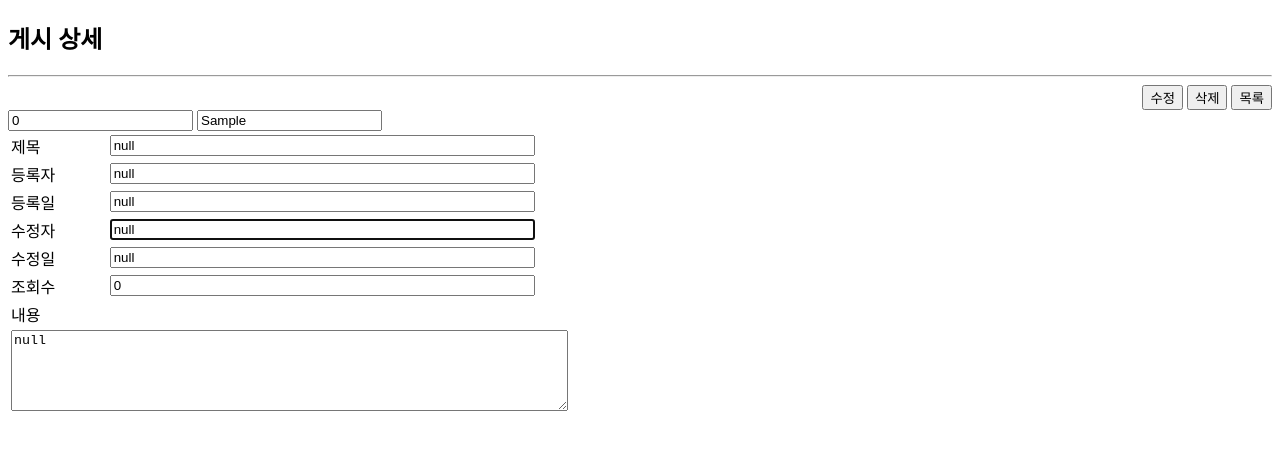
Repository: dongseon-git/WEB_JSP
Page: http://localhost/studyhtml5/board/board_mod.jsp
An editor plug-in stored every save of this project. The page is shown before and after the next save, followed by the edit.
The browser window is 1280 px wide. The pictures show the whole page.
Empty fields were first filled with sample values (such as "Sample", 5 or name@example.com).
After loading, the first visible `#doUpdate` was clicked once.
The page is served by Tomcat 9. Nobody is signed in. The application's start-up code is not run.

Above is the page before, as saved 2022-05-19 02:42:15.

After the next save:
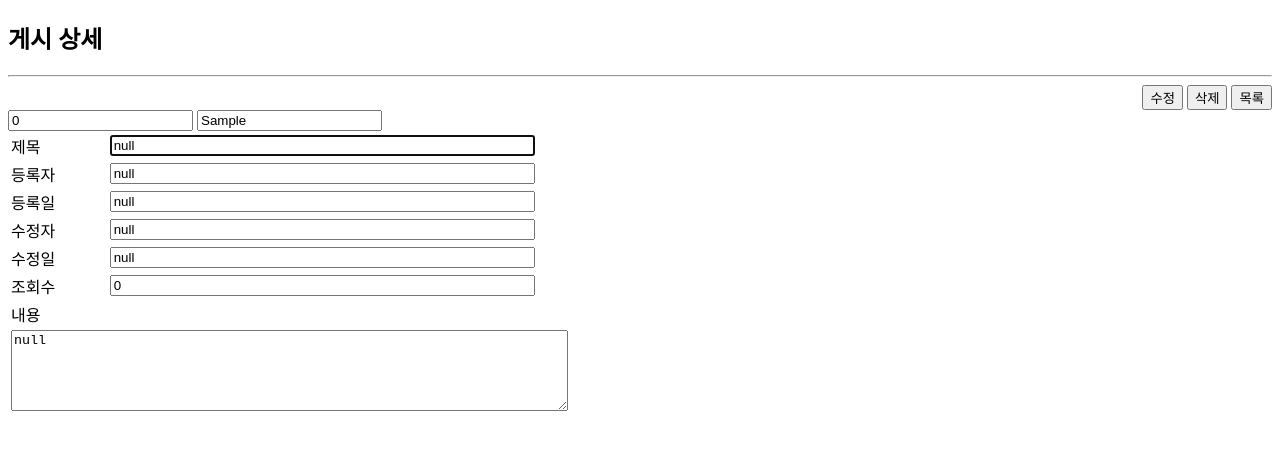
Saved 25 min 53 s later.
--- a/workspace/studyhtml5/WebContent/board/board_mod.jsp
+++ b/workspace/studyhtml5/WebContent/board/board_mod.jsp
@@ -79,7 +79,7 @@
 $('#doUpdate').on('click',function(){
 	console.log('#doUpdate');
 	let title = $('#title').val();
-	if(null === title ||title.trim().length ==0){
+	if(isEmpty(title) ||title.trim().length ==0){
 		//focus
 		$('#title').focus();
 		alert('제목을 입력하세요.');
